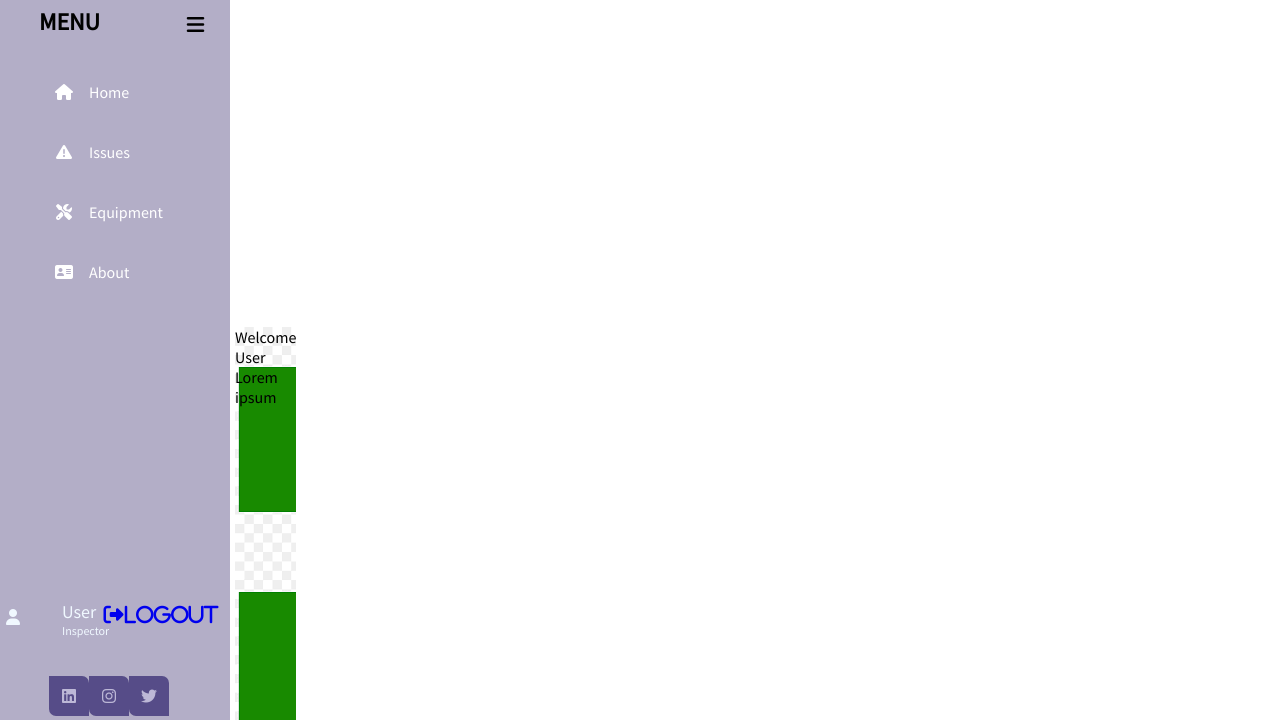
Repository: Lungdjos/ZescoIssueTS
Page: zits/src/main/resources/templates/about_us.html
These files come from the project's save history. The page is drawn as it stood at one moment and after the next save; the edit follows.
The browser window is 1280 px wide. The pictures show the whole page.
Some web libraries are served in a nearby version.

Above is the page before, as saved 2021-07-10 04:24:21.

After the next save:
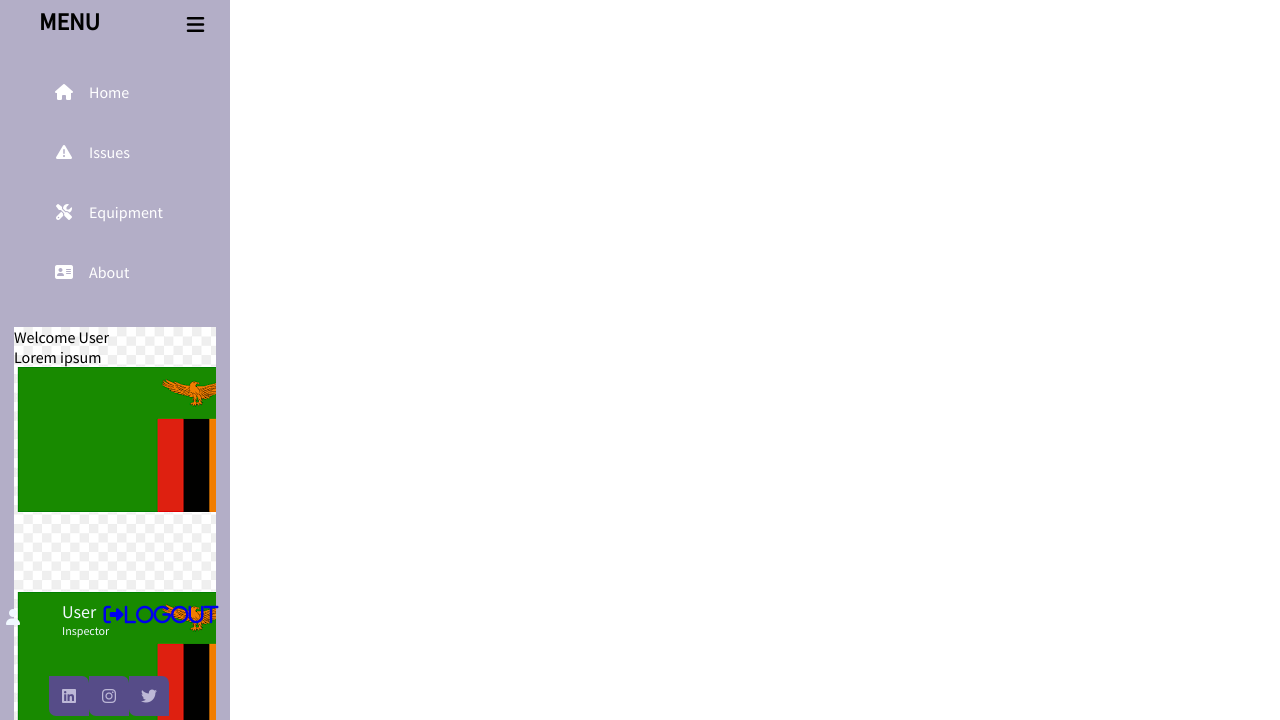
Saved 28 s later.
--- a/zits/src/main/resources/templates/css/styles.css
+++ b/zits/src/main/resources/templates/css/styles.css
@@ -170,7 +170,7 @@
 }
 
 .main_content {
-    position: absolute;
+    top position: absolute;
     height: 100%;
     width: calc(100%-40);
     left: 235px;
